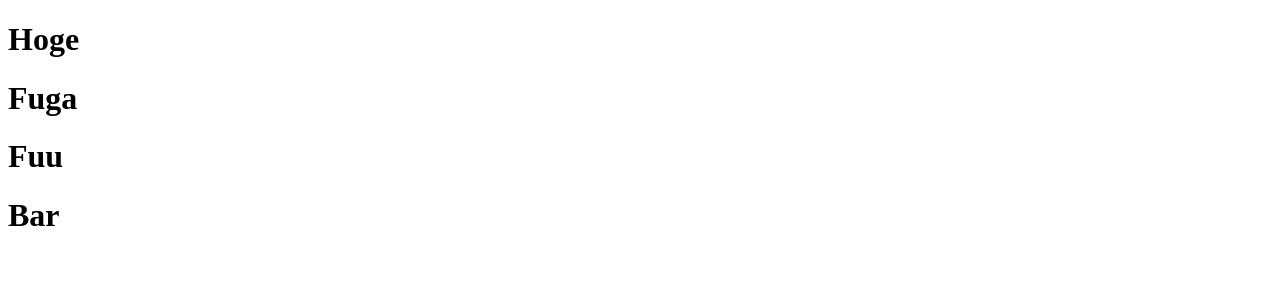
Repository: IzIzKen/samurai_HTML-CSS
Page: HTML CSSを学びWebプログラミングの第一歩を踏み出そう/14章 Flexbox/index2.html
The author's editor kept a record of every edit. The page is drawn from the files as they stood at one moment, then again after the next edit.
The browser window is 1280 px wide. The pictures show the whole page.

Above is the page before.

### HTML CSSを学びWebプログラミングの第一歩を踏み出そう/14章 Flexbox/index2.html
<!DOCTYPE html>
<html lang="ja">
<head>
    <meta charset="UTF-8">
    <style>
        #flex-end {
            display: flex;
            justify-content: flex-end;
        }
    </style>
</head>
<body>
    <div id="flex-flow">
        <h1>Hoge</h1>
        <h1>Fuga</h1>
        <h1>Fuu</h1>
        <h1>Bar</h1>
    </div>
</body>
</html>

After the next edit:
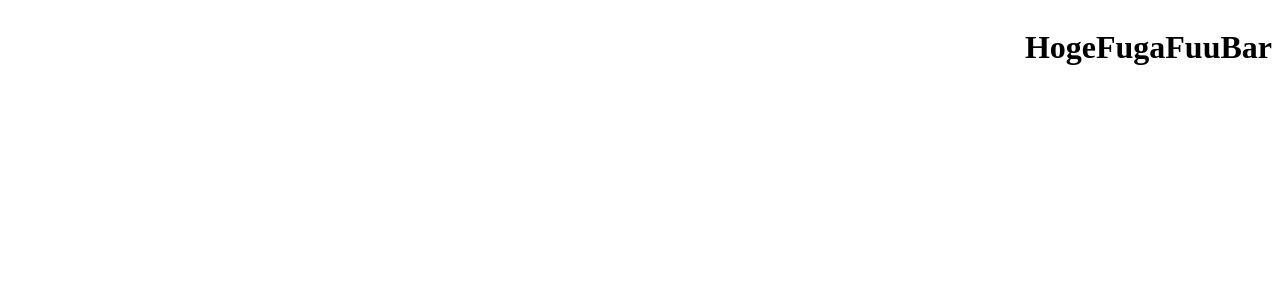
The edit:
--- a/HTML CSSを学びWebプログラミングの第一歩を踏み出そう/14章 Flexbox/index2.html
+++ b/HTML CSSを学びWebプログラミングの第一歩を踏み出そう/14章 Flexbox/index2.html
@@ -10,7 +10,7 @@
     </style>
 </head>
 <body>
-    <div id="flex-flow">
+    <div id="flex-end">
         <h1>Hoge</h1>
         <h1>Fuga</h1>
         <h1>Fuu</h1>
